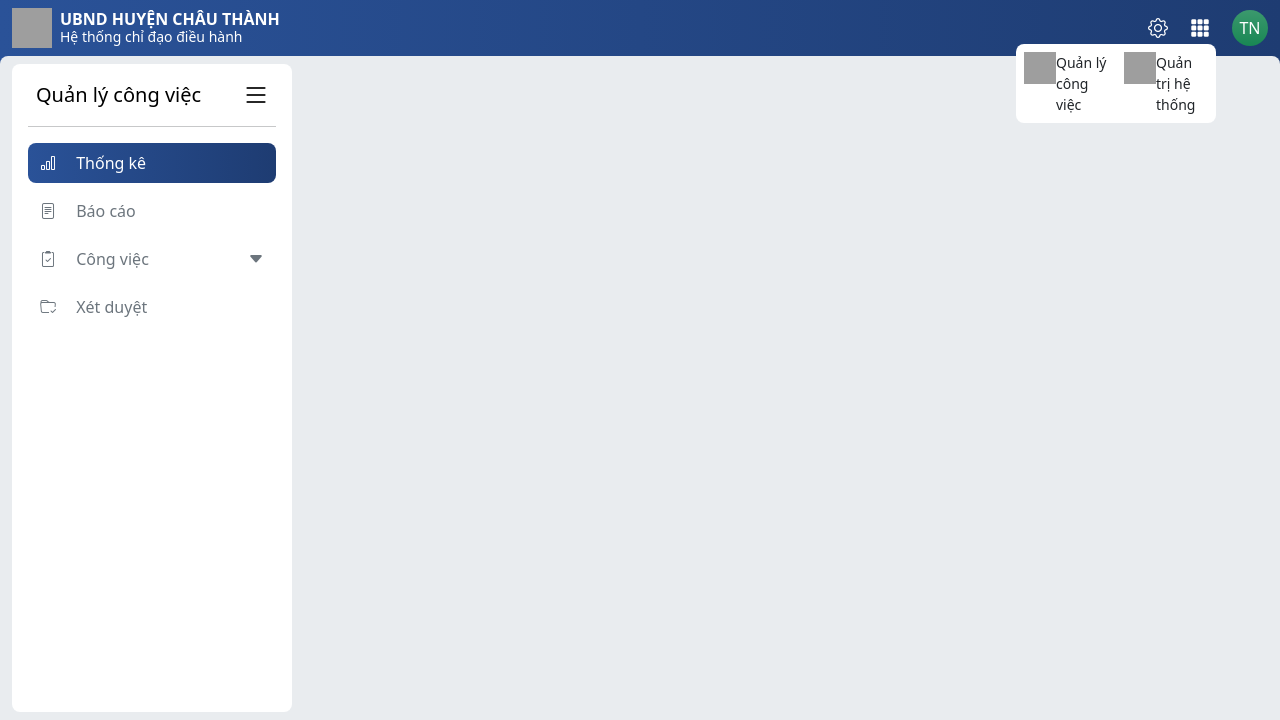
Repository: mys-pro/DATT-HeThongChiDaoDieuHanh
Page: index.html
The author's editor kept a copy of each file at every save. The page is drawn from the files as they stood at one save, then again after the next save.
The browser window is 1280 px wide. The pictures show the whole page.
Pictures or frames that could not be fetched are drawn as grey boxes.

Above is the page before, as saved 2024-04-21 15:06:07.

### index.html
<!DOCTYPE html>
<html lang="en">

<head>
    <meta charset="UTF-8">
    <meta name="viewport" content="width=device-width, initial-scale=1.0">
    <link rel="icon" href="./Assets/Image/icon.png" />
    <title>Hệ thống chỉ đạo điều hành</title>
    <link rel="stylesheet" href="./Bootstrap/bootstrap-icons-1.11.3/font/bootstrap-icons.min.css">
    <link rel="stylesheet" href="./Bootstrap/bootstrap-5.3.3-dist/css/bootstrap.min.css">
    <link rel="stylesheet" href="./Assets/css/Styles.css">
    <script src="./Assets/js/jquery-3.7.1.min.js"></script>
    <script src="./Bootstrap/bootstrap-5.3.3-dist/js/bootstrap.bundle.min.js"></script>
    <script src="./Assets/js/script.js"></script>
</head>

<body>
    <div class="app">
        <header class="header">
            <nav class="header__navbar navbar">
                <div class="header__navbar-container container-fluid">
                    <a href="#" class="header__navbar-logo navbar-brand p-0 d-flex">
                        <img class="header__navbar-img" src="./Assets/Image/Logo.png" alt="">
                        <div class="header__navbar-name mx-2 text-white align-content-center">
                            <h6 class="fw-bold p-0 m-0">UBND HUYỆN CHÂU THÀNH</h6>
                            <h6 class="fw-normal p-0 m-0">Hệ thống chỉ đạo điều hành</h6>
                        </div>
                    </a>

                    <ul class="header__navbar-list list-inline p-0 m-0 d-flex">
                        <li class="header__navbar-item ms-3 align-content-center">
                            <a class="border-0 bg-transparent rounded-circle text-white">
                                <i class="bi bi-gear fs-5"></i>
                            </a>
                        </li>
                        <li class="header__navbar-item ms-3 align-content-center position-relative">
                            <button type="button" class="border-0 bg-transparent rounded-circle text-white"
                                id="dropdown-apps">
                                <i class="bi bi-grid-3x3-gap-fill fs-5"></i>
                            </button>
                            <div class="list-apps bg-white rounded-3 position-absolute p-2">
                                <div class="row row-cols-2 gx-3">
                                    <div class="col d-flex">
                                        <img src="./Assets/Image/task-icon.png" alt="" width="32px" height="32px">
                                        Quản lý công việc
                                    </div>
                                    <div class="col d-flex">
                                        <img src="./Assets/Image/admin-icon.png" alt="" width="32px" height="32px">
                                        Quản trị hệ thống
                                    </div>
                                </div>
                            </div>
                        </li>
                        <li class="header__navbar-item ms-3">
                            <div
                                class="header__navbar-avatar border-0 bg-success bg-gradient rounded-circle text-white text-center align-content-center">
                                TN</div>
                        </li>
                    </ul>
                </div>
            </nav>
        </header>

        <div class="app__container bg-body-secondary rounded-top-3 py-2">
            <div class="container-fluid">
                <div class="sidebar bg-white rounded-3 p-3 open">
                    <div class="side__bar-tile d-flex position-relative">
                        <span class="ms-2 text-black fs-5 text-nowrap">Quản lý công việc</span>
                        <button type="button"
                            class="sidebar__collapse-btn border-0 bg-white position-absolute text-end end-0">
                            <i class="bi bi-list"></i>
                        </button>
                    </div>
                    <hr>

                    <ul class="sidebar-list list-unstyled p-0 m-0">
                        <li class="sidebar-item mb-2">
                            <a href="#" class="rounded-3 text-secondary text-nowrap d-block active">
                                <i class="bi bi-bar-chart me-3"></i>
                                <span>Thống kê</span>
                            </a>
                        </li>

                        <li class="sidebar-item mb-2">
                            <a href="#" class="rounded-3 text-secondary text-nowrap d-block">
                                <i class="bi bi-file-text me-3"></i>
                                <span>Báo cáo</span>
                            </a>
                        </li>

                        <li class="sidebar-item mb-2">
                            <a href="#" class="position-relative rounded-3 text-secondary text-nowrap d-block collapsed"
                                data-bs-toggle="collapse" data-bs-target="#sidebarToggleExternalContent">
                                <i class="bi bi-clipboard2-check me-3"></i>
                                <span>Công việc</span>
                                <i class="bi bi-caret-down-fill"></i>
                            </a>

                            <ul class="sidebar-list-child collapse list-inline text-secondary text-nowrap"
                                id="sidebarToggleExternalContent">
                                <li class="sidebar-item-child mt-2">
                                    <a href="#"
                                        class="text-secondary rounded-3 text-nowrap d-block d-flex justify-content-between align-items-center active">
                                        Tất cả
                                        <span class="badge text-bg-danger rounded-pill">1</span>
                                    </a>
                                </li>
                                <li class="sidebar-item-child mt-2">
                                    <a href="#"
                                        class="text-secondary rounded-3 text-nowrap d-block d-flex justify-content-between align-items-center">
                                        Dự thảo
                                        <span class="badge text-bg-danger rounded-pill">1</span>
                                    </a>
                                </li>
                                <li class="sidebar-item-child mt-2">
                                    <a href="#"
                                        class="text-secondary rounded-3 text-nowrap d-block d-flex justify-content-between align-items-center">
                                        Hoàn thành
                                        <span class="badge text-bg-danger rounded-pill">1</span>
                                    </a>
                                </li>
                                <li class="sidebar-item-child mt-2">
                                    <a href="#"
                                        class="text-secondary rounded-3 text-nowrap d-block d-flex justify-content-between align-items-center">
                                        Chờ phê duyệt
                                        <span class="badge text-bg-danger rounded-pill">1</span>
                                    </a>
                                </li>
                                <li class="sidebar-item-child mt-2">
                                    <a href="#"
                                        class="text-secondary rounded-3 text-nowrap d-block d-flex justify-content-between align-items-center">
                                        Làm lại
                                        <span class="badge text-bg-danger rounded-pill">1</span>
                                    </a>
                                </li>
                                <li class="sidebar-item-child mt-2">
                                    <a href="#"
                                        class="text-secondary rounded-3 text-nowrap d-block d-flex justify-content-between align-items-center">
                                        Bị hủy
                                        <span class="badge text-bg-danger rounded-pill">1</span>
                                    </a>
                                </li>
                            </ul>
                        </li>

                        <li class="sidebar-item mb-2">
                            <a href="#" class="rounded-3 text-secondary text-nowrap d-block">
                                <i class="bi bi-folder-check me-3"></i>
                                <span>Xét duyệt</span>
                            </a>
                        </li>
                    </ul>
                </div>
            </div>
        </div>
    </div>
</body>

</html>

### Assets/css/Styles.css
:root {
    --primary-color: #2a5298;
    --primary-gradient-color: linear-gradient(to left, #1e3c72, #2a5298);
    --bs-body-color: #212529;
}

body {
    overflow: auto;
}

.col-0 {
    display: none;
}

.app {
    background-image: var(--primary-gradient-color);
}
/* ======Navbar====== */
.header__navbar-img {
    width: 40px;
    height: 40px;
}

.header__navbar-name h6:first-child {
    font-size: 16px;
}

.header__navbar-name h6:last-child {
    font-size: 14px;
}

.header__navbar-avatar {
    width: 36px;
    height: 36px;
}

.header__navbar-item a {
    cursor: pointer;
}

.header__navbar-item span {
    top: 25%;
    right: -15px;
}

.list-apps {
    width: 200px;
    right: 0;
    font-size: 14px;
}

/* ======Sidebar====== */
.sidebar {
    --height: calc(100vh - 56px - 16px);
    min-height: var(--height);
    width: 72px;
    transition: all .2s ease-out;
}

.sidebar.open {
    width: 280px;
}

.sidebar a {
    padding: 8px 12px;
    text-decoration: none;
    overflow: hidden;
}

.sidebar span {
    overflow: hidden;
}

.sidebar__collapse-btn {
    font-size: 28px;
    line-height: 0;
}

.sidebar-list-child {
    overflow: hidden;
}

.sidebar-item > a:hover {
    background-color: rgba(0, 0, 0, 0.05) !important;
}

.sidebar-item > a:active {
    background-color: rgba(0, 0, 0, 0.1) !important;
}

.sidebar-item > a.active {
    background-image: var(--primary-gradient-color);
    color: white !important;
}

.sidebar:not(.open) .sidebar-list-child {
    display: none;
}

.sidebar-item > a[data-bs-toggle="collapse"].collapsed > i:last-child {
    position: absolute;
    right: 12px;
    top: 0.5rem;
    transform: rotate(0deg);
    transition: all .2s ease-out;
}

.sidebar-item > a[data-bs-toggle="collapse"] > i:last-child {
    position: absolute;
    right: 12px;
    top: 0.5rem;
    transform: rotate(180deg);
    transition: all .2s ease-out;
}

.sidebar:not(.open) .sidebar-item > a[data-bs-toggle="collapse"] > i:last-child {
    display: none;
}

.sidebar-item-child > a:not(.active):hover {
    background-color: rgba(0, 0, 0, 0.05) !important;
}

.sidebar-item-child > a:not(.active):active,
.sidebar-item-child > a.active {
    background-color: rgba(0, 0, 0, 0.1) !important;
}

@media (max-width: 576px) {
    .sidebar {
        display: none;
    }

    .header__navbar-list {
        display: none !important;
    }
}

### Assets/js/script.js
$(document).ready(function() {
    $('.sidebar__collapse-btn').click(function() {
        $(".sidebar").toggleClass("open");
    });

    $('.sidebar-item > a').click(function() {
        $('.sidebar-item > a').removeClass("active");
        $(this).addClass("active");
        $('#sidebarToggleExternalContent').collapse('hide');
    });

    $('.sidebar-item > a[data-bs-toggle="collapse"]').click(function() {
        $('.sidebar-item-child > a').removeClass("active");
        $('.sidebar-item-child > a:first').addClass("active");
      });

    $('.sidebar-item-child > a').click(function() {
        $('.sidebar-item-child > a').removeClass("active");
        $(this).addClass("active");
    });
});

Loaded but not shown: library/Bootstrap/bootstrap-icons-1.11.3/font/bootstrap-icons.min.css (library); library/Bootstrap/bootstrap-5.3.3-dist/css/bootstrap.min.css (library); Public/js/jquery-3.7.1.min.js (library); library/Bootstrap/bootstrap-5.3.3-dist/js/bootstrap.bundle.min.js (library)

After the next save:
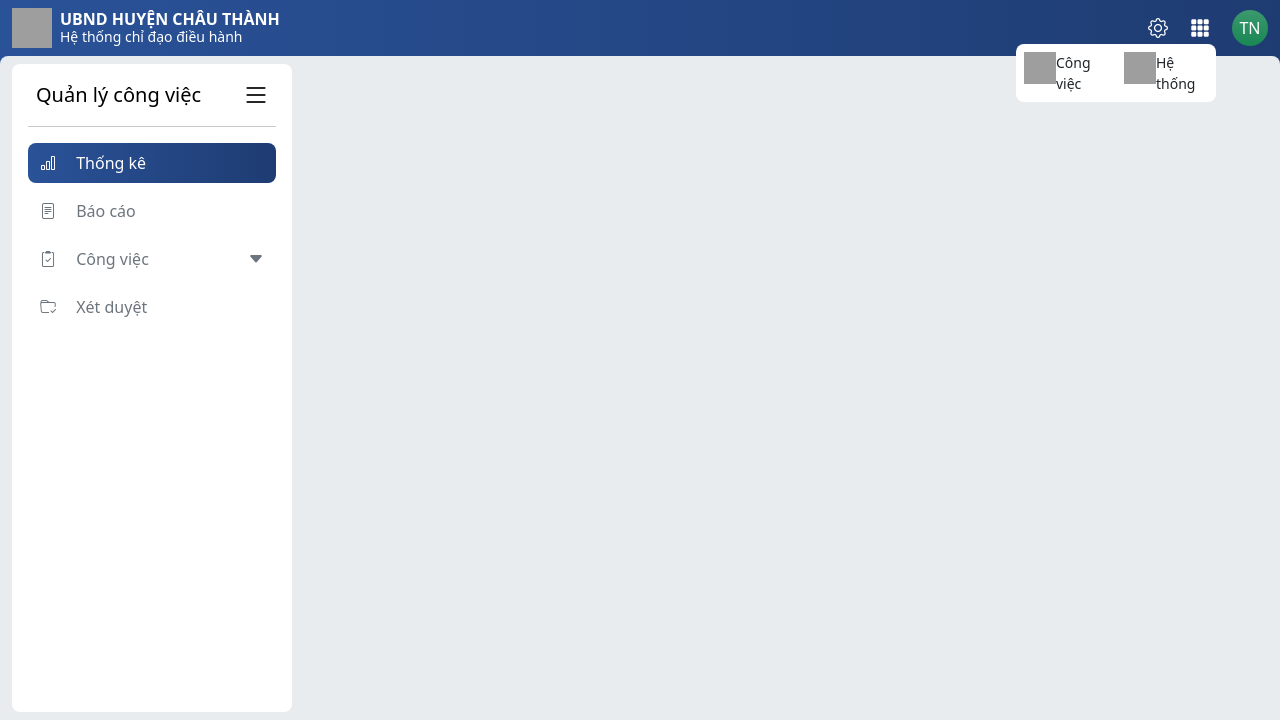
Saved 62 s later.
--- a/index.html
+++ b/index.html
@@ -42,11 +42,11 @@
                                 <div class="row row-cols-2 gx-3">
                                     <div class="col d-flex">
                                         <img src="./Assets/Image/task-icon.png" alt="" width="32px" height="32px">
-                                        Quản lý công việc
+                                        Công việc
                                     </div>
                                     <div class="col d-flex">
                                         <img src="./Assets/Image/admin-icon.png" alt="" width="32px" height="32px">
-                                        Quản trị hệ thống
+                                        Hệ thống
                                     </div>
                                 </div>
                             </div>
